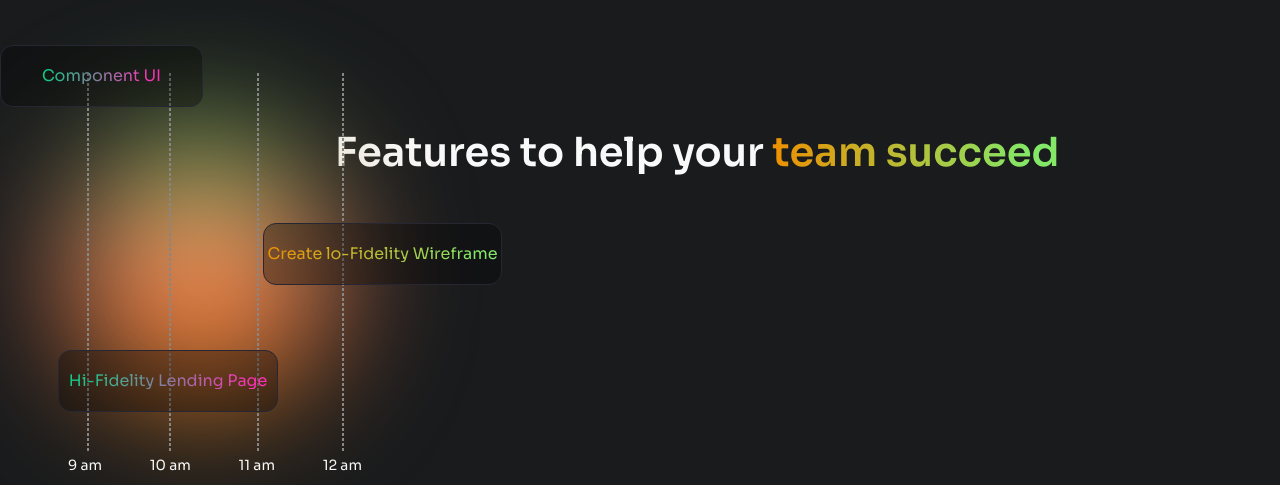
Repository: anhthiethumg/Task_Managerment_Website
Page: index.html
These files come from the project's save history. The page is drawn as it stood at one moment and after a run of saves; the edit follows.
The browser window is 1280 px wide. The pictures show the part of the page from y = 2400 to 2885 px (the page is 2885 px tall).
A picture or video elsewhere on the page could not be fetched, so the positions and the page height are approximate.

Above is the page before, as saved 2023-07-31 09:00:27.

After the next 2 saves:
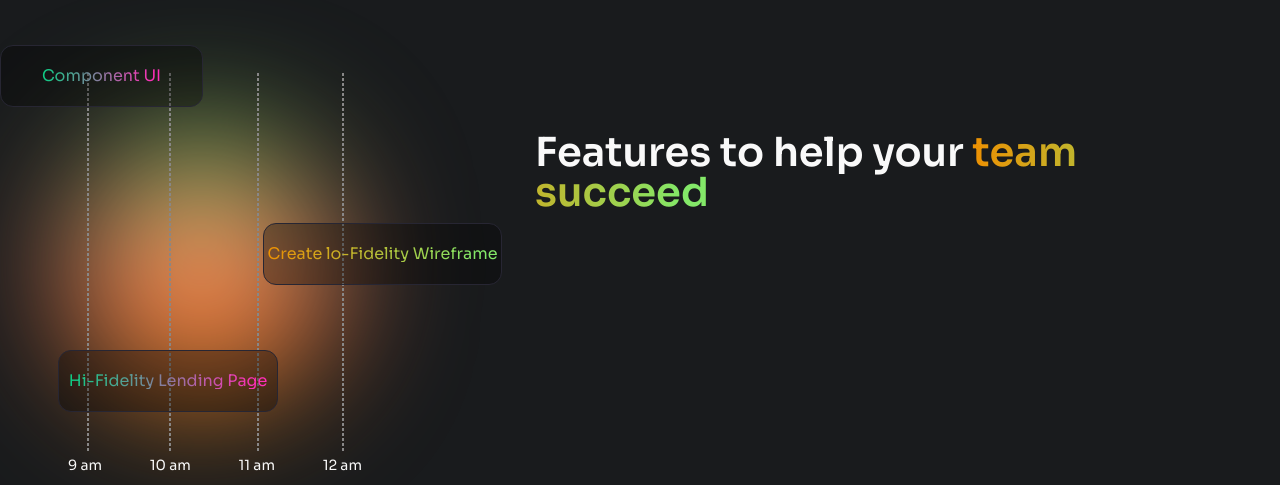
The 2 saves are shown as one change because they came seconds apart.
The last was saved 5 s later.
--- a/assets/css/styles.css
+++ b/assets/css/styles.css
@@ -628,7 +628,7 @@ a {
 
 .feature__meida {
   position: relative;
-  mr
+  margin-right: 200px;
 }
 .shape--blur {
   width: 267px;
